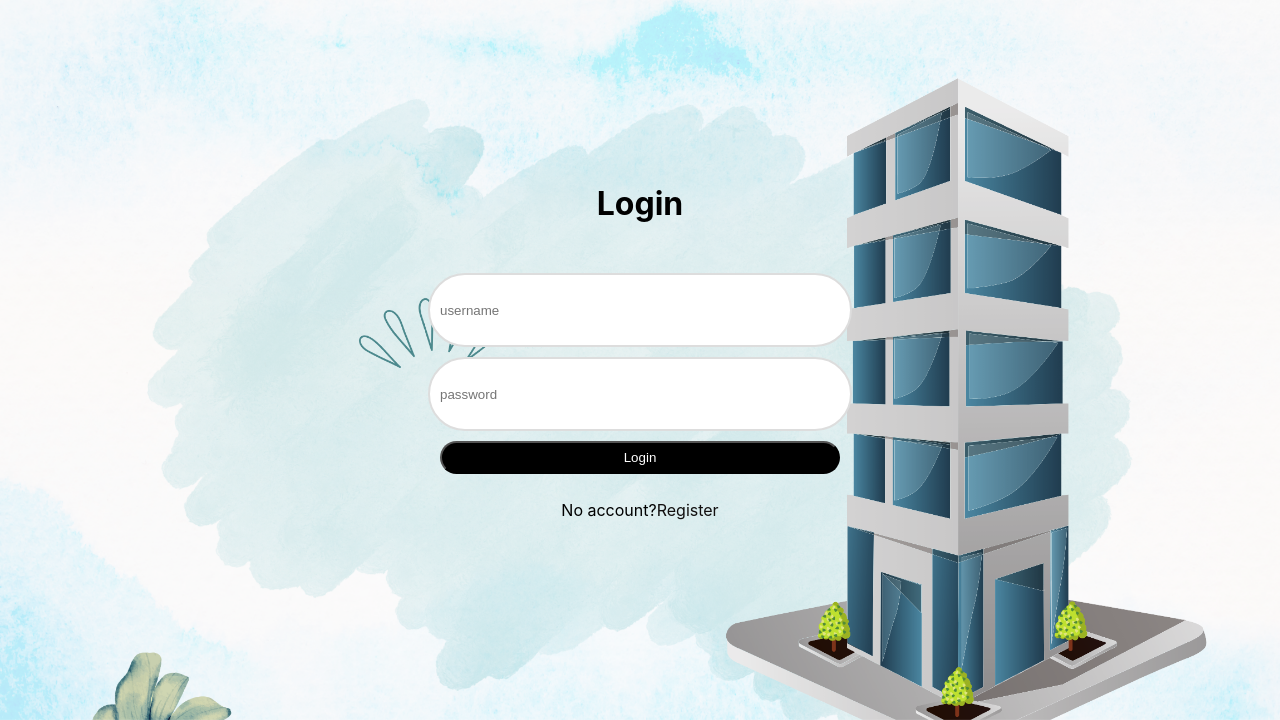
Repository: ngnhthuong/Smart_Trash_IOT
Page: /signup (app in UI/)
The author's editor kept a copy of each file at every save. The page is drawn from the files as they stood at one save, then again after the next save.
The browser window is 1280 px wide. The pictures show the whole page.
The project was rebuilt for these pictures with package versions that can differ from the ones it lists, and the page was loaded fresh each time. Also part of the build but not shown: UI/src/pages/signup/Signup.js, UI/src/components/FloorStyle.css, UI/src/components/Floor.js, UI/src/pages/Home/HomeStyles.css, UI/src/pages/Home/Home.js.

Above is the page before, as saved 2024-03-30 14:48:29.

After the next save:
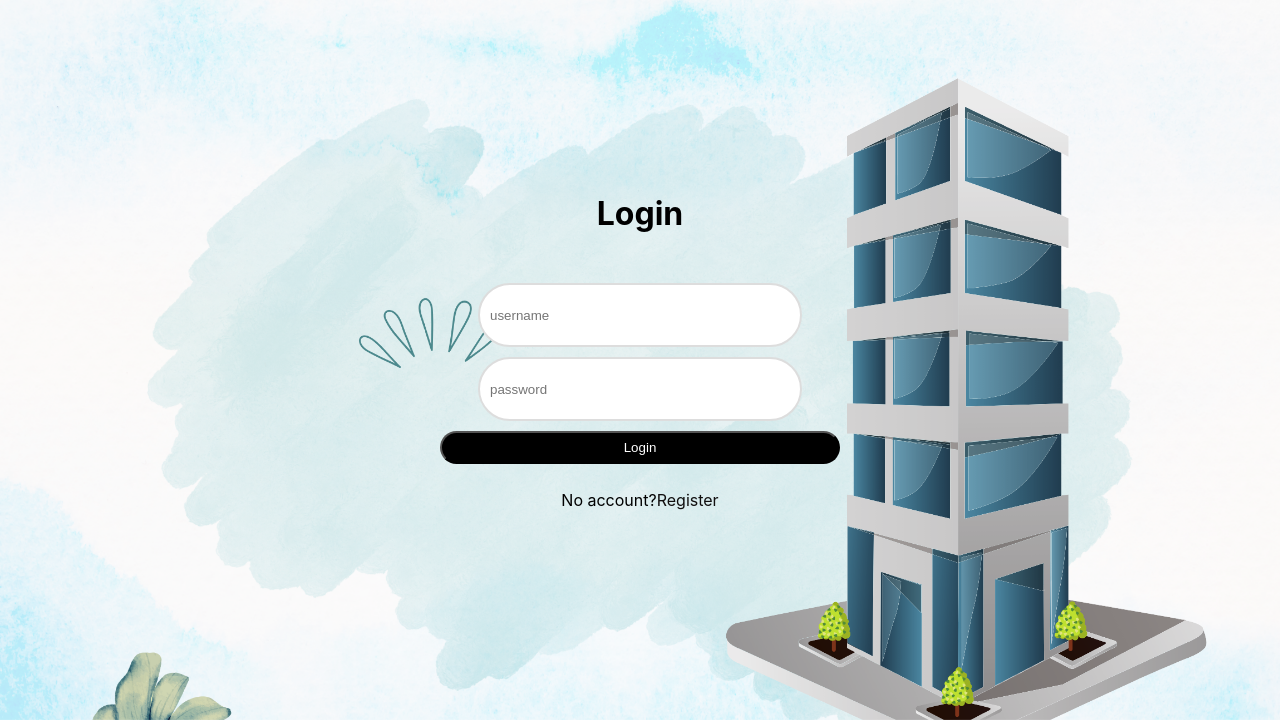
Saved 31 s later.
--- a/UI/src/pages/login/LoginStyles.css
+++ b/UI/src/pages/login/LoginStyles.css
@@ -28,8 +28,8 @@ input:focus {
 .input {
     display: block;
     margin-bottom: 10px;
-    width: 400px;
-    height: 50px;
+    width: 300px;
+    height: 40px;
     padding: 10px 10px 10px 10px;
     border: 2px solid #ddd;
     border-radius: 40px;
